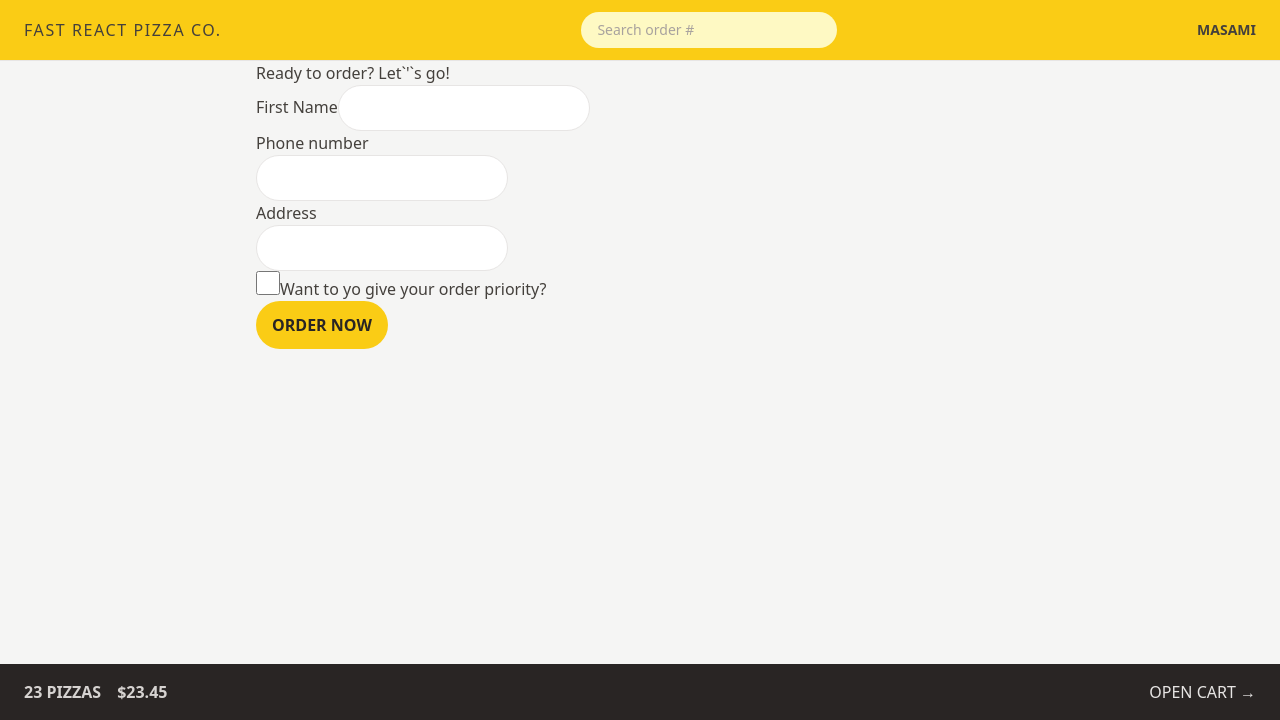
Repository: masamichan/pizza-vite
Page: /order/new
The author's editor kept a copy of each file at every save. The page is drawn from the files as they stood at one save, then again after the next save.
The browser window is 1280 px wide. The pictures show the whole page.
The project was rebuilt for these pictures with package versions that can differ from the ones it lists, and the page was loaded fresh each time. Also part of the build but not shown: vite.config.js, src/ui/Home.jsx, src/utils/helpers.js, src/features/menu/MenuItem.jsx, src/features/menu/Menu.jsx, src/features/cart/Cart.jsx, src/features/order/Order.jsx, src/ui/Loader.jsx and 1 more. Imported but missing from the stored project, and not drawn on this page: src/features/user/CreateUser.

Above is the page before, as saved 2023-12-22 13:22:14.

### src/App.jsx
import { RouterProvider, createBrowserRouter } from "react-router-dom"
import Home from './ui/Home'
import Menu, {loader as menuLoader} from './features/menu/Menu';
import Cart from './features/cart/Cart';
import CreateOrder, {action as createOrderAction} from './features/order/CreateOrder';
import Order, {loader as orderLoader} from "./features/order/Order"
import AppLayout from "./ui/AppLayout";
import Error from "./ui/Error"

const router = createBrowserRouter([
  {
    element: <AppLayout />,
    errorElement: <Error />,
    children: [
  { path: "/", element: <Home/>},
  { path: "/menu", element: <Menu />, loader: menuLoader, errorElement: <Error />},
  {path: "/cart",element: <Cart />},
  {path: "/order/new",element: <CreateOrder />, action: createOrderAction},
  {path: "/order/:orderId", element: <Order />, loader: orderLoader, errorElement: <Error />}
    ],
  },
])




function App() {
  return <RouterProvider router={router} />
}

export default App

### src/index.css
@tailwind base;
@tailwind components;
@tailwind utilities;

@layer components {
  .input {
    @apply rounded-full border border-stone-200 px-4 py-2 text-sm
          transition-all duration-300 placeholder:text-stone-400
          focus:outline-none focus:ring focus:ring-yellow-400
          md:px-6 md:py-3;
  }
}

/* https://dev.to/afif/i-made-100-css-loaders-for-your-next-project-4eje */
.loader {
  width: 45px;
  aspect-ratio: 0.75;
  --c: no-repeat linear-gradient(#333 0 0);
  background:
    var(--c) 0% 50%,
    var(--c) 50% 50%,
    var(--c) 100% 50%;
  background-size: 20% 50%;
  animation: loading 1s infinite linear;
}

@keyframes loading {
  20% {
    background-position:
      0% 0%,
      50% 50%,
      100% 50%;
  }
  40% {
    background-position:
      0% 100%,
      50% 0%,
      100% 50%;
  }
  60% {
    background-position:
      0% 50%,
      50% 100%,
      100% 0%;
  }
  80% {
    background-position:
      0% 50%,
      50% 50%,
      100% 100%;
  }
}

### src/features/order/CreateOrder.jsx
import { useState } from 'react';
import { Form, redirect, useActionData, useNavigation } from 'react-router-dom';
import { createOrder } from '../../services/apiRestaurant';

// https://uibakery.io/regex-library/phone-number
const isValidPhone = (str) =>
  /^\+?\d{1,4}?[-.\s]?\(?\d{1,3}?\)?[-.\s]?\d{1,4}[-.\s]?\d{1,4}[-.\s]?\d{1,9}$/.test(
    str,
  );

const fakeCart = [
  {
    pizzaId: 12,
    name: 'Mediterranean',
    quantity: 2,
    unitPrice: 16,
    totalPrice: 32,
  },
  {
    pizzaId: 6,
    name: 'Vegetale',
    quantity: 1,
    unitPrice: 13,
    totalPrice: 13,
  },
  {
    pizzaId: 11,
    name: 'Spinach and Mushroom',
    quantity: 1,
    unitPrice: 15,
    totalPrice: 15,
  },
];

function CreateOrder() {
  const navigation = useNavigation();
  const isSubmitting = navigation.state === 'submitting';

  const formErrors = useActionData();

  // const [withPriority, setWithPriority] = useState(false);
  const cart = fakeCart;

  return (
    <div>
      <h2>Ready to order? Let`&apos;`s go!</h2>

      <Form method="POST">
        <div>
          <label>First Name</label>
          <input className="input" type="text" name="customer" required />
        </div>

        <div>
          <label>Phone number</label>
          <div>
            <input className="input" type="tel" name="phone" required />
          </div>
          {formErrors?.phone && <p>{formErrors.phone}</p>}
        </div>

        <div>
          <label>Address</label>
          <div>
            <input className="input" type="text" name="address" required />
          </div>
        </div>

        <div>
          <input
            className="h-6 w-6 accent-yellow-400
                      focus:outline-none focus:ring
                      focus:ring-yellow-400
                      focus:ring-offset-2"
            type="checkbox"
            name="priority"
            id="priority"
            // value={withPriority}
            // onChange={(e) => setWithPriority(e.target.checked)}
          />
          <label htmlFor="priority">Want to yo give your order priority?</label>
        </div>

        <div>
          <input type="hidden" name="cart" value={JSON.stringify(cart)} />
          <button
            disabled={isSubmitting}
            className="tracking-width activate:bg-slate-400 inline-block rounded-full bg-yellow-400 px-4 py-3 font-semibold
                       uppercase text-stone-800 transition-colors duration-300 hover:bg-yellow-300
                      focus:outline-none focus:ring focus:ring-yellow-300 focus:ring-offset-2 disabled:cursor-not-allowed"
          >
            {isSubmitting ? 'Placing order...' : 'Order now'}
          </button>
        </div>
      </Form>
    </div>
  );
}

export async function action({ request }) {
  const formData = await request.formData();
  const data = Object.fromEntries(formData);

  const order = {
    ...data,
    cart: JSON.parse(data.cart),
    priority: data.priority === 'on',
  };

  const errors = {};
  if (!isValidPhone(order.phone))
    errors.phone =
      'Please give us your correct phone number. We might need it to contact you.';

  if (Object.keys(errors).length > 0) return errors;

  const newOrder = await createOrder(order);

  return redirect(`/order/${newOrder.id}`);
}

export default CreateOrder;

### src/ui/AppLayout.jsx
import Header from './Header';
import Loader from './Loader';
import { Outlet, useNavigation } from 'react-router-dom';
import CartOverview from '../features/cart/CartOverview';

function AppLayout() {
  const navigation = useNavigation();
  const isLoading = navigation.state === 'loading';
  return (
    <div className="grid h-screen grid-rows-[auto_1fr_auto]">
      {isLoading && <Loader />}

      <Header />
      <div className="overflow-scroll">
        <main className="mx-auto max-w-3xl">
          <Outlet />
        </main>
      </div>
      <CartOverview />
    </div>
  );
}

export default AppLayout;

### src/services/apiRestaurant.js
const API_URL = 'https://react-fast-pizza-api.onrender.com/api';

export async function getMenu() {
  const res = await fetch(`${API_URL}/menu`);

  // fetch won't throw error on 400 errors (e.g. when URL is wrong), so we need to do it manually. This will then go into the catch block, where the message is set
  if (!res.ok) throw Error('Failed getting menu');

  const { data } = await res.json();
  return data;
}

export async function getOrder(id) {
  const res = await fetch(`${API_URL}/order/${id}`);
  if (!res.ok) throw Error(`Couldn't find order #${id}`);

  const { data } = await res.json();
  return data;
}

export async function createOrder(newOrder) {
  try {
    const res = await fetch(`${API_URL}/order`, {
      method: 'POST',
      body: JSON.stringify(newOrder),
      headers: {
        'Content-Type': 'application/json',
      },
    });

    if (!res.ok) throw Error();
    const { data } = await res.json();
    return data;
  } catch {
    throw Error('Failed creating your order');
  }
}

export async function updateOrder(id, updateObj) {
  try {
    const res = await fetch(`${API_URL}/order/${id}`, {
      method: 'PATCH',
      body: JSON.stringify(updateObj),
      headers: {
        'Content-Type': 'application/json',
      },
    });

    if (!res.ok) throw Error();
    // We don't need the data, so we don't return anything
  } catch (err) {
    throw Error('Failed updating your order');
  }
}

### src/ui/Header.jsx
import { Link } from 'react-router-dom';
import SearchOrder from '../features/order/SearchOrder';
import UserName from '../features/user/UserName';

function Header() {
  return (
    <header className="flex items-center justify-between border-b border-stone-200 bg-yellow-400 px-4 py-3 uppercase sm:px-6">
      <Link to="/" className="tracking-widest">
        Fast React Pizza Co.
      </Link>
      <SearchOrder />
      <UserName />
    </header>
  );
}

export default Header;

### src/features/cart/CartOverview.jsx
import { Link } from 'react-router-dom';

function CartOverview() {
  return (
    <div className="flex items-center justify-between bg-stone-800 px-4 py-4 text-sm uppercase text-stone-200 sm:px-6 md:text-base">
      <p className="sm-space-x-6 space-x-4 font-semibold text-stone-300">
        <span>23 pizzas</span>
        <span>$23.45</span>
      </p>
      <Link to="/cart">Open cart &rarr;</Link>
    </div>
  );
}

export default CartOverview;

### src/features/order/SearchOrder.jsx
import { useState } from 'react';
import { useNavigate } from 'react-router-dom';

function SearchOrder() {
  const [query, setQuery] = useState('');
  const navigate = useNavigate();

  function handleSubmit(e) {
    e.preventDefault();
    if (!query) return;
    navigate(`/order/${query}`);
    setQuery('');
  }

  return (
    <form onSubmit={handleSubmit}>
      <input
        placeholder="Search order #"
        value={query}
        onChange={(e) => setQuery(e.target.value)}
        className="focus: w-28 rounded-full bg-yellow-100 px-4 py-2
                   text-sm ring-yellow-500 transition-all duration-300
                   placeholder:text-stone-400 focus:outline-none focus:ring focus:ring-opacity-50 sm:w-64 sm:focus:w-72"
      />
    </form>
  );
}

export default SearchOrder;

### src/features/user/UserName.jsx
function UserName() {
  return <div className="hidden text-sm font-semibold md:block">Masami</div>;
}

export default UserName;

Loaded but not shown: index.html (common file); src/main.jsx (common file); tailwind.config.js (common file)

After the next save:
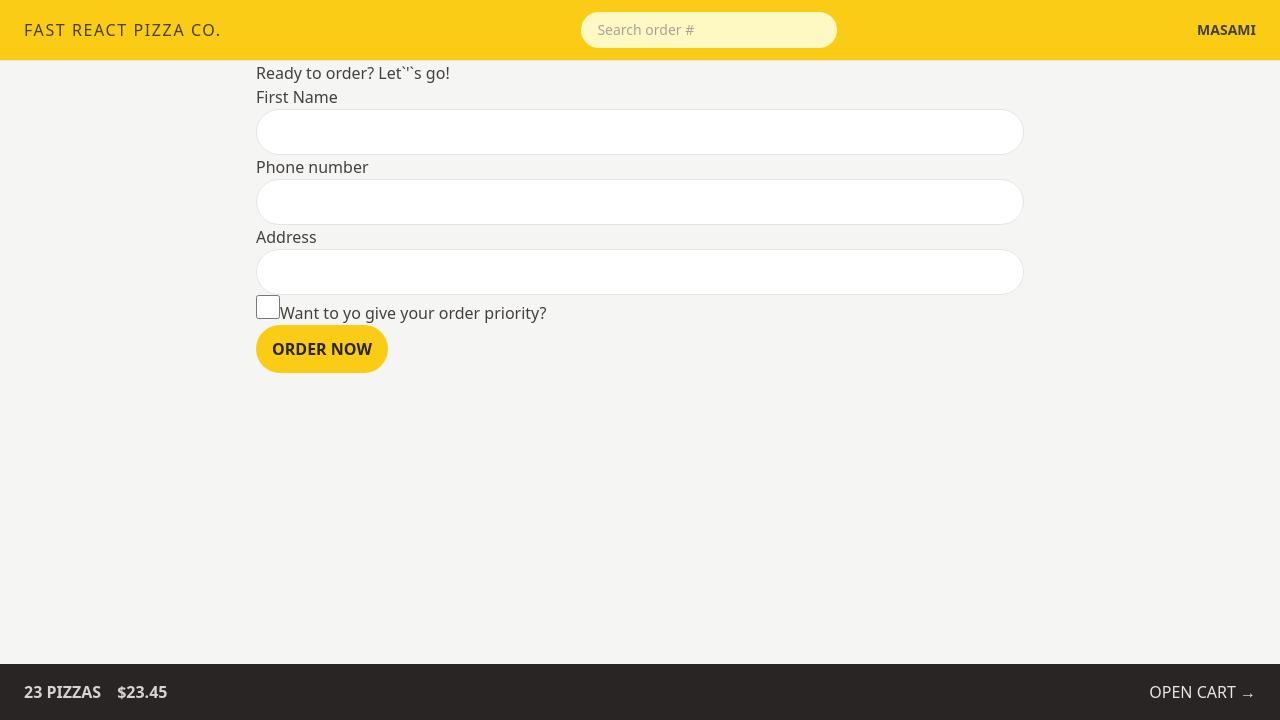
Saved 94 s later.
--- a/src/index.css
+++ b/src/index.css
@@ -4,7 +4,7 @@
 
 @layer components {
   .input {
-    @apply rounded-full border border-stone-200 px-4 py-2 text-sm
+    @apply w-full rounded-full border border-stone-200 px-4 py-2 text-sm
           transition-all duration-300 placeholder:text-stone-400
           focus:outline-none focus:ring focus:ring-yellow-400
           md:px-6 md:py-3;
